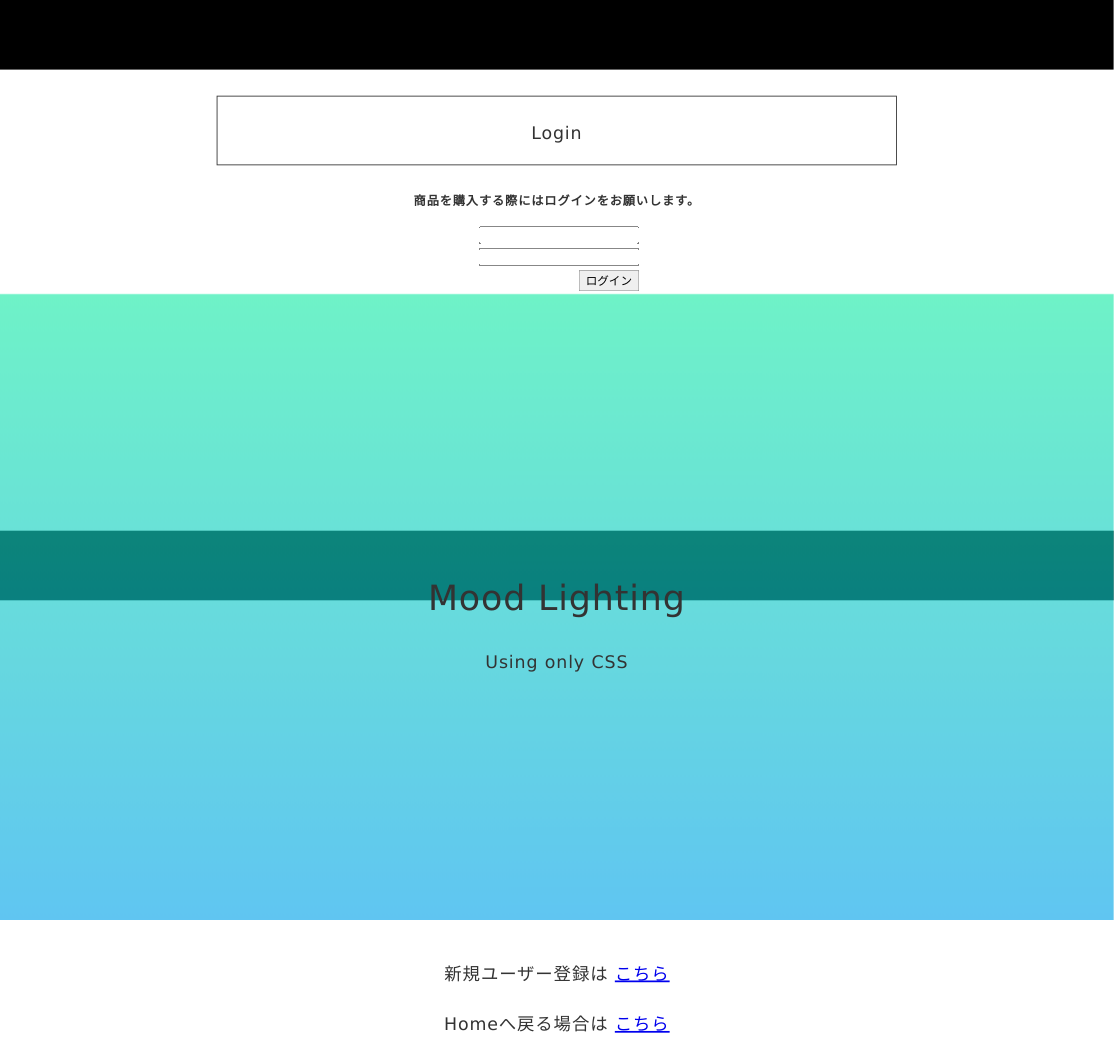
Repository: yanaiwataru/test
Page: http://localhost/ecsite/HomeAction.action
These files come from the project's save history. The page is drawn as it stood at one moment and after the next save; the edit follows.
The browser window is 1280 px wide. The pictures show the whole page, at 87% of full size.
The page is served by Tomcat 9.

Above is the page before, as saved 2018-03-12 05:43:58.

After the next save:
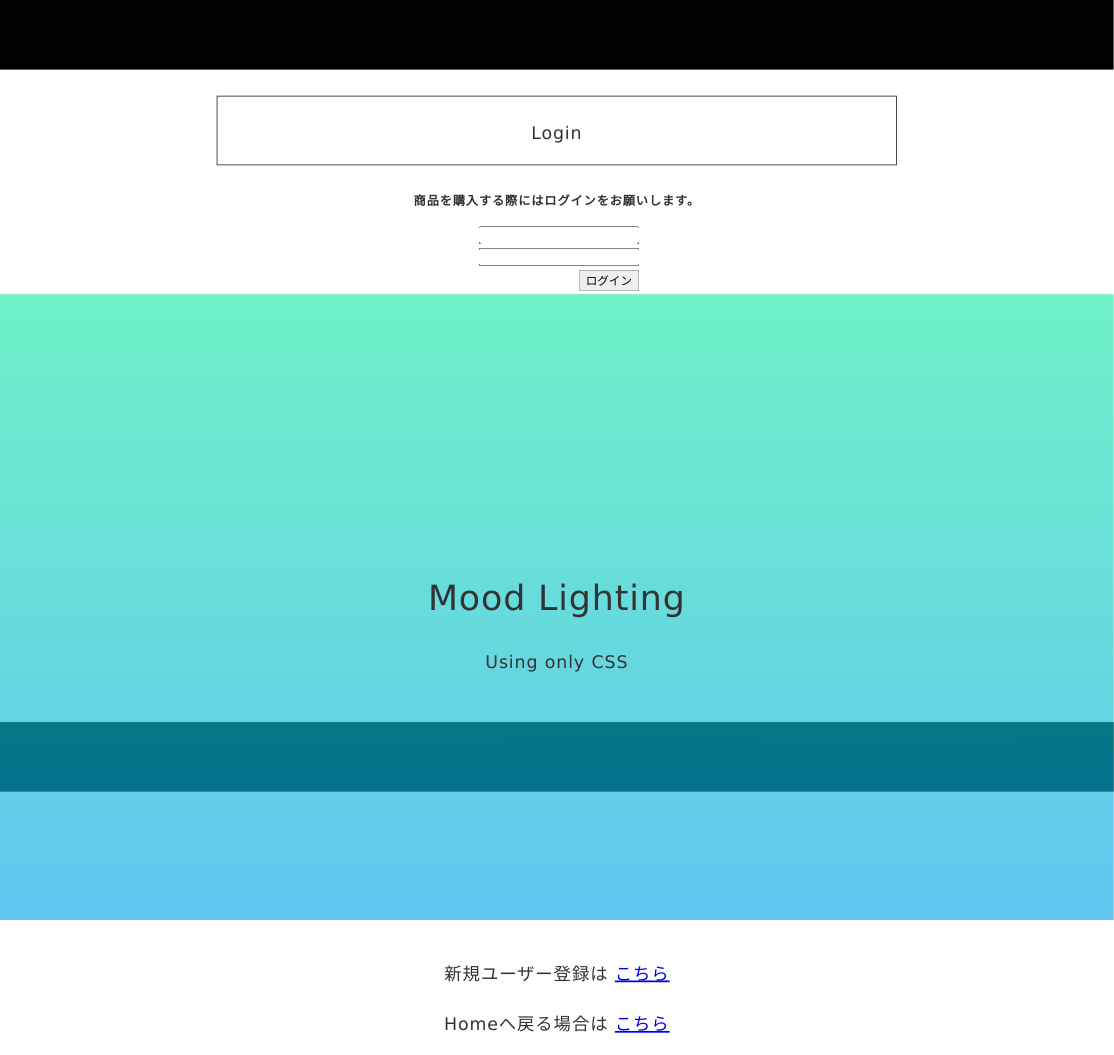
Saved 4 min 47 s later.
--- a/ecsite/WebContent/css/login.css
+++ b/ecsite/WebContent/css/login.css
@@ -109,6 +109,7 @@
       font-family: 'Bitter', serif;
       text-align: center;
     }
+    .color,
     .holder,
     .first,
     .second,

After the save that followed:
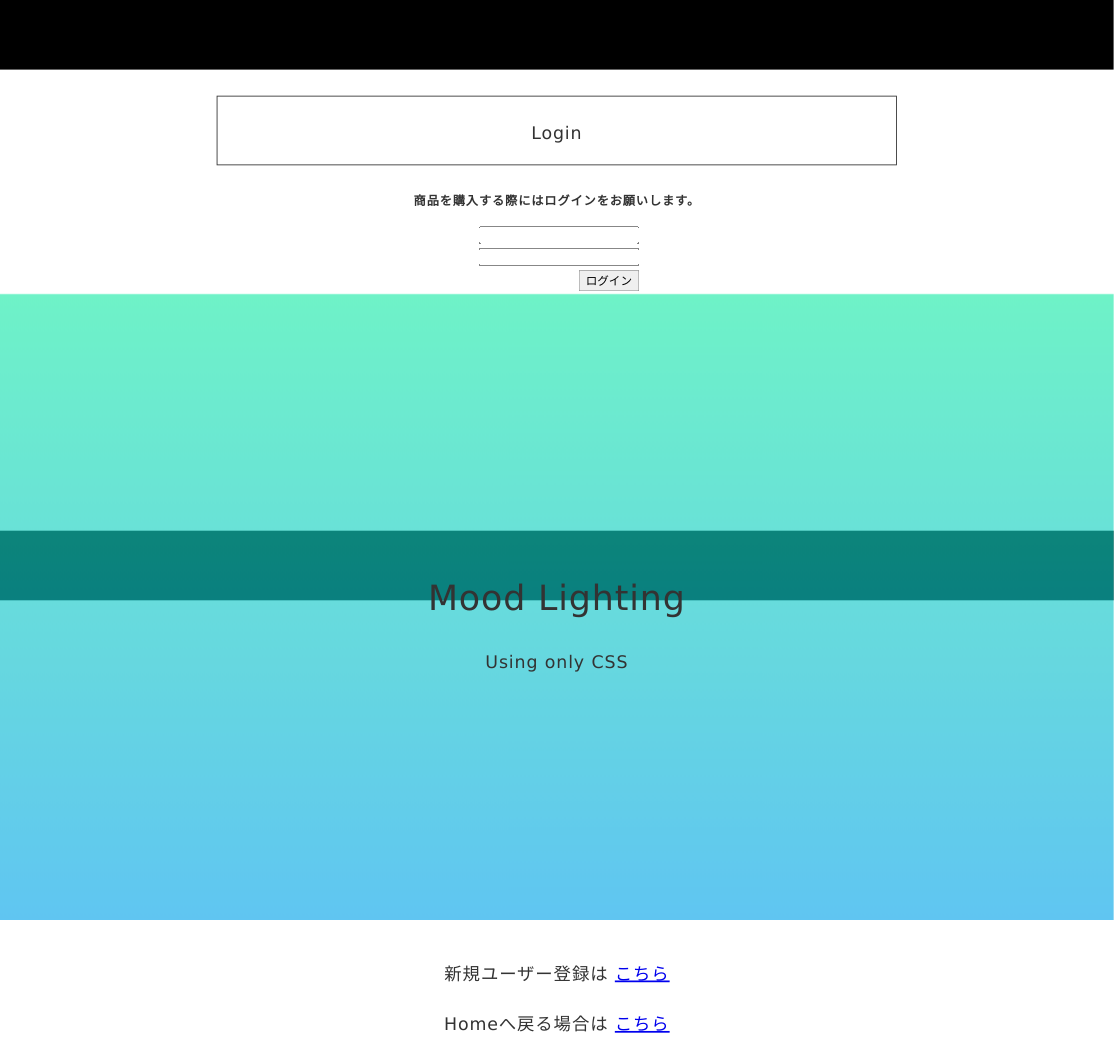
Saved 49 s later.
--- a/ecsite/WebContent/login.jsp
+++ b/ecsite/WebContent/login.jsp
@@ -70,7 +70,7 @@ table {
 
 	</div>
 
-	<div class="color">
+	<div >
 
 
 		<div id="main">
@@ -79,7 +79,7 @@ table {
 				<p>Login</p>
 
 			</div>
-			<div>
+			<div class="color">
 
 				<h3>商品を購入する際にはログインをお願いします。</h3>
 				<s:form action="LoginAction">
